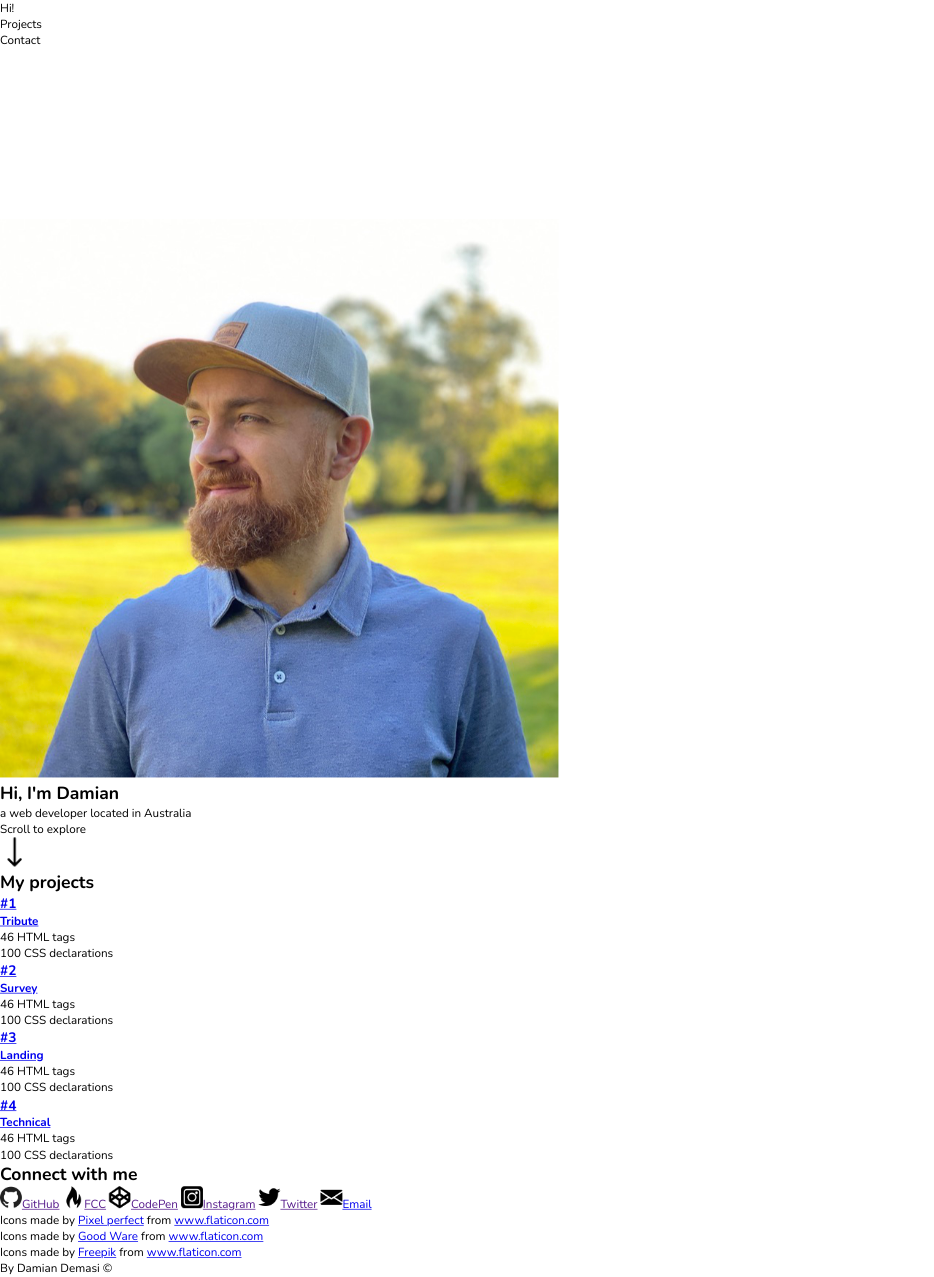
Repository: Colo-Codes/freecodecamp-05-Personal-Portfolio-Webpage
Page: index.html
An editor plug-in stored every save of this project. The page is shown before and after a run of saves, followed by the edit.
The browser window is 1280 px wide. The pictures show the whole page, at 73% of full size.

Above is the page before, as saved 2021-06-03 11:12:32.

### index.html
<!DOCTYPE html>
<html lang="en">
<head>
    <meta charset="UTF-8">
    <meta http-equiv="X-UA-Compatible" content="IE=edge">
    <meta name="viewport" content="width=device-width, initial-scale=1.0">
    <link rel="preconnect" href="https://fonts.gstatic.com">
    <link href="https://fonts.googleapis.com/css2?family=Nunito:wght@300;400;700&display=swap" rel="stylesheet">
    <link rel="stylesheet" href="./css/index.css">
    <title>Personal Portfolio Webpage</title>
</head>
<body>
    <header>
        <navbar id="navbar">
            <ul id="navbar-flex-container">
                <li class="navbar-flex-item">Hi!</li>
                <li class="navbar-flex-item">Projects</li>
                <li class="navbar-flex-item">Contact</li>
            </ul>
        </navbar>
    </header>

    <section id="welcome-section">
        <div id="top-layer">
            <img src="./img/6D5BF231-2A3E-4029-9EFE-9C82AF0D506F_1_105_c.jpeg" alt="Damian's profile picture: he has a hat, beard, and he is looking left while standing on a green field.">
            <h1>Hi, I'm Damian</h1>
            <p>a web developer located in Australia</p>
            <p>Scroll to explore</p>
            <img src="./img/down-arrow.png" alt="Arrow pointing down." height="40px">
        </div>
        <div id="bottom-layer"></div>
    </section>

    <section id="projects">
        <h2>My projects</h2>

        <div class="project-card">
            <div class="project-tile">
                <a href="#project1"><h3>#1</h3><h4>Tribute</h4></a>
            </div>
            <p>46 HTML tags</p>
            <p>100 CSS declarations</p>
        </div>

        <div class="project-card">
            <div class="project-tile">
                <a href="#project1"><h3>#2</h3><h4>Survey</h4></a>
            </div>
            <p>46 HTML tags</p>
            <p>100 CSS declarations</p>
        </div>

        <div class="project-card">
            <div class="project-tile">
                <a href="#project1"><h3>#3</h3><h4>Landing</h4></a>
            </div>
            <p>46 HTML tags</p>
            <p>100 CSS declarations</p>
        </div>

        <div class="project-card">
            <div class="project-tile">
                <a href="#project1"><h3>#4</h3><h4>Technical</h4></a>
            </div>
            <p>46 HTML tags</p>
            <p>100 CSS declarations</p>
        </div>

    </section>

    <section id="contact">
        <h2>Connect with me</h2>
        <a href="" id="profile-link" target="_blank"><img src="./img/github.png" width="30px">GitHub</a>
        <a href="" id="profile-link-fcc" target="_blank"><img src="./img/fire.png" width="30px">FCC</a>
        <a href="" id="profile-link-codepen" target="_blank"><img src="./img/3d-outlined-shape.png" width="30px">CodePen</a>
        <a href="" id="profile-link-instagram" target="_blank"><img src="./img/instagram.png" width="30px">Instagram</a>
        <a href="" id="profile-link-twitter" target="_blank"><img src="./img/twitter.png" width="30px">Twitter</a>
        <a href="mailto:damian.demasi.1@gmail.com" id="profile-link-email" target="_blank"><img src="./img/email.png" width="30px">Email</a>
    </section>

    <footer>
        <div>Icons made by <a href="https://www.flaticon.com/authors/pixel-perfect" title="Pixel perfect">Pixel perfect</a> from <a href="https://www.flaticon.com/" title="Flaticon">www.flaticon.com</a></div>
        <div>Icons made by <a href="https://www.flaticon.com/authors/good-ware" title="Good Ware">Good Ware</a> from <a href="https://www.flaticon.com/" title="Flaticon">www.flaticon.com</a></div>
        <div>Icons made by <a href="https://www.freepik.com" title="Freepik">Freepik</a> from <a href="https://www.flaticon.com/" title="Flaticon">www.flaticon.com</a></div>
        <p>By Damian Demasi &copy;</p>
    </footer>
</body>
</html>

### css/index.css
/* @media */

/* The height of the welcome section should be equal to the height of the viewport. */

/* The navbar should always be at the top of the viewport. */

/* Border-box and font-size */
html {
    box-sizing: border-box;
    font-size: 16px;
}
body {
    font-family: 'Nunito', sans-serif;
}

/* Reset margins and set global values */

*, *::before, *::after {
    box-sizing: inherit;
    margin: 0;
    padding: 0;
}

/* Navbar */

#navbar {
}
#navbar-flex-container {
    /* display: flex; */
    /* background-color: #4477E3; */
    /* 1rem = 16px -> 18.75rem = 300px */
    height: 18.75rem;
    width: 100%;
    /* transform: skewY(5deg) translateY(-10rem); */
}
.navbar-flex-item {
    list-style: none;
    /* transform: skewY(-5deg) translateY(-10rem); */

}

After the next 2 saves:
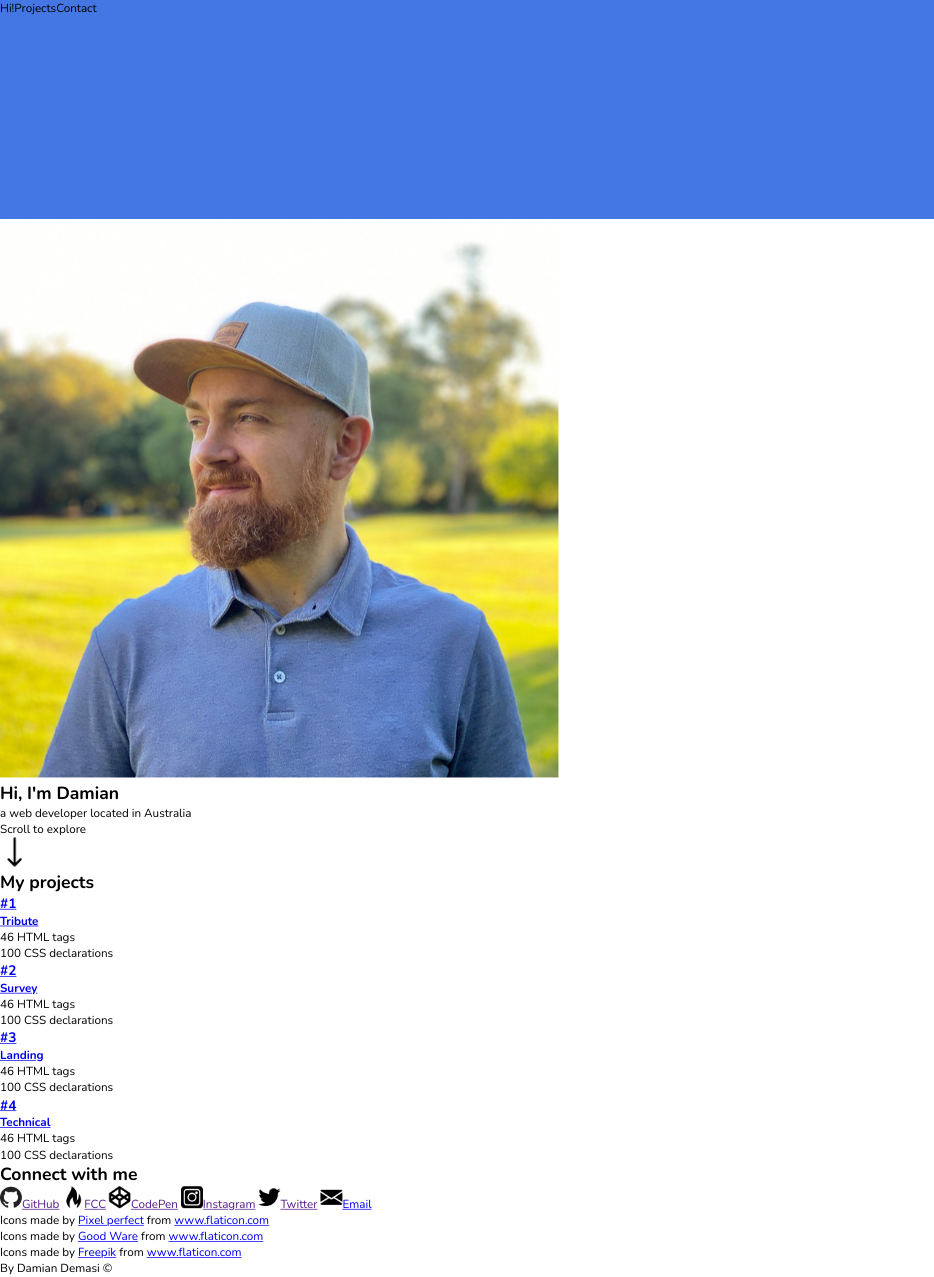
The 2 saves are shown as one change because they came seconds apart.
The last was saved 8 s later.
--- a/css/index.css
+++ b/css/index.css
@@ -26,8 +26,8 @@ body {
 #navbar {
 }
 #navbar-flex-container {
-    /* display: flex; */
-    /* background-color: #4477E3; */
+    display: flex;
+    background-color: #4477E3;
     /* 1rem = 16px -> 18.75rem = 300px */
     height: 18.75rem;
     width: 100%;
